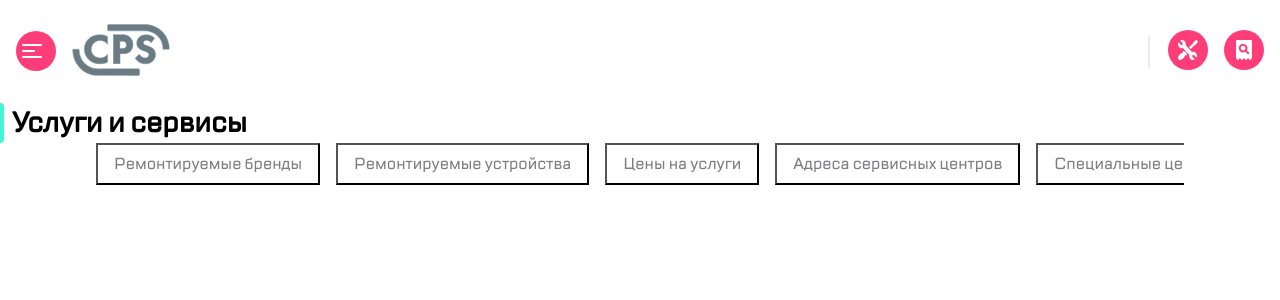
Repository: sem1103/bem
Page: index.html
An editor plug-in stored every save of this project. The page is shown before and after a run of saves, followed by the edit.
The browser window is 1280 px wide. The pictures show the whole page.

Above is the page before, as saved 2023-12-27 11:12:43.

### index.html
<!DOCTYPE html>
<html lang="en">
<head>
    <meta charset="UTF-8">
    <meta name="viewport" content="width=device-width, initial-scale=1.0">
    <title>CPS</title>
    <link rel="stylesheet" href="styles/reset.css">
    <link rel="stylesheet" href="styles/main.css">
</head>
<body>
    <div id="page" >
        <header>
            <nav>
                <div class="burger">
                    <button class="burger__btn ">
                        <span></span>
                        <span></span>
                        <span></span>
                    </button>
                </div>

                <div class="burger-menu">

                    <ul class="burger-menu__list">
                        <li><a href="">Главная</a></li>
                        <li><a href="">Услуги и сервисы</a></li>
                        <li><a href="">Контакты</a></li>
                        <li><a href="">
                            <svg xmlns="http://www.w3.org/2000/svg" width="40" height="40" viewBox="0 0 40 40" fill="none">
                                <rect width="40" height="40" rx="20" fill="#FF3E79"/>
                                <path fill-rule="evenodd" clip-rule="evenodd" d="M12.7602 23.25L15.3002 22.96C15.9102 22.89 16.5102 23.1 16.9402 23.53L18.7802 25.37C21.6102 23.93 23.9302 21.62 25.3702 18.78L23.5202 16.93C23.0902 16.5 22.8802 15.9 22.9502 15.29L23.2402 12.77C23.3602 11.76 24.2102 11 25.2302 11H26.9602C28.0902 11 29.0302 11.94 28.9602 13.07C28.4302 21.61 21.6002 28.43 13.0702 28.96C11.9402 29.03 11.0002 28.09 11.0002 26.96V25.23C10.9902 24.22 11.7502 23.37 12.7602 23.25Z" fill="white"/>
                              </svg>
                        </a></li>
                        <li><a href="">
                            <svg xmlns="http://www.w3.org/2000/svg" width="40" height="40" viewBox="0 0 40 40" fill="none">
                                <rect width="40" height="40" rx="20" fill="#FF3E79"/>
                                <path fill-rule="evenodd" clip-rule="evenodd" d="M28 11H12C10.9 11 10.01 11.9 10.01 13L10 31L14 26H28C29.1 26 30 25.1 30 24V13C30 11.9 29.1 11 28 11ZM21 22H15C14.45 22 14 21.55 14 21C14 20.45 14.45 20 15 20H21C21.55 20 22 20.45 22 21C22 21.55 21.55 22 21 22ZM25 17H15C14.45 17 14 16.55 14 16C14 15.45 14.45 15 15 15H25C25.55 15 26 15.45 26 16C26 16.55 25.55 17 25 17Z" fill="white"/>
                                <mask id="mask0_0_1880" style="mask-type:luminance" maskUnits="userSpaceOnUse" x="10" y="11" width="20" height="20">
                                  <path fill-rule="evenodd" clip-rule="evenodd" d="M28 11H12C10.9 11 10.01 11.9 10.01 13L10 31L14 26H28C29.1 26 30 25.1 30 24V13C30 11.9 29.1 11 28 11ZM21 22H15C14.45 22 14 21.55 14 21C14 20.45 14.45 20 15 20H21C21.55 20 22 20.45 22 21C22 21.55 21.55 22 21 22ZM25 17H15C14.45 17 14 16.55 14 16C14 15.45 14.45 15 15 15H25C25.55 15 26 15.45 26 16C26 16.55 25.55 17 25 17Z" fill="white"/>
                                </mask>
                                <g mask="url(#mask0_0_1880)">
                                </g>
                              </svg>
                        </a></li>
                        <li><a href="">
                            <svg xmlns="http://www.w3.org/2000/svg" width="40" height="40" viewBox="0 0 40 40" fill="none">
                                <rect width="40" height="40" rx="20" fill="#FF3E79"/>
                                <path d="M20.5 19C22.9853 19 25 16.9853 25 14.5C25 12.0147 22.9853 10 20.5 10C18.0147 10 16 12.0147 16 14.5C16 16.9853 18.0147 19 20.5 19Z" fill="white"/>
                                <path d="M10.0166 26.6118C9.88693 27.3412 10.5352 28 11.339 28H28.6604C29.4902 28 30.1125 27.3412 29.9829 26.6118C29.2309 22.4 25.0561 20 19.9997 20C14.9433 20 10.7686 22.4 10.0166 26.6118Z" fill="white"/>
                              </svg>
                        </a></li>
                    </ul>
                </div>

                <div class="logo">
                    <svg class="logo__item" xmlns="http://www.w3.org/2000/svg" width="98" height="52" viewBox="0 0 98 52" fill="none">
                        <path fill-rule="evenodd" clip-rule="evenodd" d="M36.5703 0.592529C36.018 0.592529 35.5703 1.04024 35.5703 1.59253V5.86748C35.5703 6.41977 36.018 6.86748 36.5703 6.86748H72.8973C83.0242 6.86748 90.9777 14.6641 90.9777 24.757C90.9777 25.0425 91.2092 25.274 91.4948 25.274H96.757C97.0425 25.274 97.274 25.0425 97.274 24.757C97.274 11.2677 86.432 0.592529 72.8973 0.592529H36.5703Z" fill="#6B7B84" stroke="#80949F" stroke-width="0.5"/>
                        <path fill-rule="evenodd" clip-rule="evenodd" d="M7.10682 25.7122C7.10682 25.4702 6.91059 25.2739 6.66853 25.2739H1.16436C0.922303 25.2739 0.726074 25.4702 0.726074 25.7122C0.726074 39.3616 10.9493 50.6311 24.1687 51.3686L66.5104 51.4064C67.063 51.4069 67.5113 50.959 67.5113 50.4064V45.8267C67.5113 45.2745 67.0635 44.8267 66.5113 44.8267H25.6265C15.3903 44.7984 7.10682 36.283 7.10682 25.7122Z" fill="#6B7B84" stroke="#80949F" stroke-width="0.5"/>
                        <path fill-rule="evenodd" clip-rule="evenodd" d="M28.1415 39.7924C30.8803 39.7924 33.1616 39.2603 35.4149 38.1655L35.5704 38.0199V30.1855L34.7273 31.2649C33.1049 33.0378 30.9259 34.0137 28.4608 34.0137C23.8692 34.0137 19.2575 31.0459 19.2575 25.3738C19.2575 21.0874 22.4381 16.532 28.2993 16.532C29.4688 16.532 32.313 16.8085 34.7232 19.368L35.5704 20.4117V12.6127L35.4218 12.4653C33.1258 11.3147 30.7843 10.7554 28.1137 10.7554C23.5467 10.7554 19.9821 11.9577 17.1438 14.4289C15.3435 15.9777 12.3408 19.4485 12.3408 25.2923C12.3408 29.6131 13.8793 32.9875 17.1669 35.9144C20.2252 38.5962 23.6163 39.7924 28.1415 39.7924Z" fill="#6B7B84"/>
                        <path d="M28.1415 39.7924C30.8803 39.7924 33.1616 39.2603 35.4149 38.1655L35.5704 38.0199V30.1855L34.7273 31.2649C33.1049 33.0378 30.9259 34.0137 28.4608 34.0137C23.8692 34.0137 19.2575 31.0459 19.2575 25.3738C19.2575 21.0874 22.4381 16.532 28.2993 16.532C29.4688 16.532 32.313 16.8085 34.7232 19.368L35.5704 20.4117V12.6127L35.4218 12.4653C33.1258 11.3147 30.7843 10.7554 28.1137 10.7554C23.5467 10.7554 19.9821 11.9577 17.1438 14.4289C15.3435 15.9777 12.3408 19.4485 12.3408 25.2923C12.3408 29.6131 13.8793 32.9875 17.1669 35.9144C20.2252 38.5962 23.6163 39.7924 28.1415 39.7924" stroke="#80949F" stroke-width="0.5"/>
                        <path fill-rule="evenodd" clip-rule="evenodd" d="M47.9111 17.2888H49.2755C50.5269 17.2888 51.9533 17.3571 53.0328 18.093C53.56 18.4695 54.4445 19.3412 54.4445 20.9246C54.4445 22.0946 53.9274 23.1437 53.0734 23.7984C51.9783 24.5932 50.6768 24.5476 49.6309 24.5476H47.9111V17.2888ZM50.977 29.8179C54.2084 29.8179 56.7377 28.8858 58.4943 27.1298C60.655 24.9735 60.9779 22.0073 60.9779 20.4435C60.9779 18.7703 60.5813 15.5066 57.9212 13.1435C55.7407 11.2328 53.4142 10.7554 50.1324 10.7554H41.3779V39.7924H48.0365V29.8179H50.977Z" fill="#6B7B84"/>
                        <path d="M47.9111 17.2888V17.0388H47.6611V17.2888H47.9111ZM53.0328 18.093L53.1782 17.8895L53.1736 17.8864L53.0328 18.093ZM53.0734 23.7984L53.2203 24.0007L53.2254 23.9968L53.0734 23.7984ZM47.9111 24.5476H47.6611V24.7976H47.9111V24.5476ZM58.4943 27.1298L58.3177 26.9529L58.3175 26.953L58.4943 27.1298ZM57.9212 13.1435L58.0872 12.9566L58.086 12.9555L57.9212 13.1435ZM41.3779 10.7554V10.5054H41.1279V10.7554H41.3779ZM41.3779 39.7924H41.1279V40.0424H41.3779V39.7924ZM48.0365 39.7924V40.0424H48.2865V39.7924H48.0365ZM48.0365 29.8179V29.5679H47.7865V29.8179H48.0365ZM47.9111 17.5388H49.2755V17.0388H47.9111V17.5388ZM49.2755 17.5388C50.5326 17.5388 51.8839 17.6123 52.892 18.2995L53.1736 17.8864C52.0227 17.1019 50.5212 17.0388 49.2755 17.0388V17.5388ZM52.8875 18.2964C53.3751 18.6447 54.1945 19.4495 54.1945 20.9246H54.6945C54.6945 19.233 53.7448 18.2943 53.1782 17.8895L52.8875 18.2964ZM54.1945 20.9246C54.1945 22.0205 53.7107 22.9948 52.9213 23.5999L53.2254 23.9968C54.1441 23.2926 54.6945 22.1687 54.6945 20.9246H54.1945ZM52.9265 23.596C51.9091 24.3345 50.6971 24.2976 49.6309 24.2976V24.7976C50.6564 24.7976 52.0475 24.8519 53.2202 24.0007L52.9265 23.596ZM49.6309 24.2976H47.9111V24.7976H49.6309V24.2976ZM48.1611 24.5476V17.2888H47.6611V24.5476H48.1611ZM50.977 30.0679C54.2568 30.0679 56.8563 29.1207 58.671 27.3066L58.3175 26.953C56.6191 28.6509 54.1599 29.5679 50.977 29.5679V30.0679ZM58.6709 27.3068C60.9029 25.0793 61.2279 22.0287 61.2279 20.4435H60.7279C60.7279 21.9859 60.407 24.8678 58.3177 26.9529L58.6709 27.3068ZM61.2279 20.4435C61.2279 18.7422 60.8263 15.3898 58.0872 12.9566L57.7552 13.3304C60.3363 15.6233 60.7279 18.7983 60.7279 20.4435H61.2279ZM58.086 12.9555C55.84 10.9874 53.4417 10.5054 50.1324 10.5054V11.0054C53.3867 11.0054 55.6415 11.4782 57.7564 13.3315L58.086 12.9555ZM50.1324 10.5054H41.3779V11.0054H50.1324V10.5054ZM41.1279 10.7554V39.7924H41.6279V10.7554H41.1279ZM41.3779 40.0424H48.0365V39.5424H41.3779V40.0424ZM48.2865 39.7924V29.8179H47.7865V39.7924H48.2865ZM48.0365 30.0679H50.977V29.5679H48.0365V30.0679Z" fill="#80949F"/>
                        <path fill-rule="evenodd" clip-rule="evenodd" d="M80.953 24.4687C79.5053 23.1861 77.4846 22.4425 75.1911 21.6713C73.5569 21.1027 72.6565 20.7894 72.0562 20.2421C71.5824 19.8399 71.3712 19.4033 71.3712 18.8262C71.3712 17.5622 72.2301 16.2113 74.6414 16.2113C76.2801 16.2113 77.6521 16.912 78.7197 18.293L79.1435 18.8414L82.6597 14.3656L82.3392 14.0445C80.1886 11.8924 77.3548 10.7554 74.1439 10.7554C67.6657 10.7554 64.7658 14.9699 64.7658 19.1468C64.7658 21.3882 65.5651 23.196 67.1367 24.5175C68.5437 25.7234 70.2595 26.3991 71.9054 26.9507L72.0914 27.0123C73.553 27.4954 75.0646 27.9954 75.9674 28.8034C76.5955 29.3805 76.8754 30.0076 76.8754 30.8367C76.8754 32.7368 75.379 34.0137 73.152 34.0137C71.3916 34.0137 69.0735 33.1508 67.8471 30.7296L67.5263 30.0953L63.1558 34.1411L63.4135 34.5056C64.8079 36.4801 67.9545 39.7924 73.3594 39.7924C79.3191 39.7924 83.4817 35.9608 83.4817 30.4751C83.4817 27.3374 82.1051 25.4752 80.953 24.4687Z" fill="#6B7B84"/>
                        <path d="M80.953 24.4687C79.5053 23.1861 77.4846 22.4425 75.1911 21.6713C73.5569 21.1027 72.6565 20.7894 72.0562 20.2421C71.5824 19.8399 71.3712 19.4033 71.3712 18.8262C71.3712 17.5622 72.2301 16.2113 74.6414 16.2113C76.2801 16.2113 77.6521 16.912 78.7197 18.293L79.1435 18.8414L82.6597 14.3656L82.3392 14.0445C80.1886 11.8924 77.3548 10.7554 74.1439 10.7554C67.6657 10.7554 64.7658 14.9699 64.7658 19.1468C64.7658 21.3882 65.5651 23.196 67.1367 24.5175C68.5437 25.7234 70.2595 26.3991 71.9054 26.9507L72.0914 27.0123C73.553 27.4954 75.0646 27.9954 75.9674 28.8034C76.5955 29.3805 76.8754 30.0076 76.8754 30.8367C76.8754 32.7368 75.379 34.0137 73.152 34.0137C71.3916 34.0137 69.0735 33.1508 67.8471 30.7296L67.5263 30.0953L63.1558 34.1411L63.4135 34.5056C64.8079 36.4801 67.9545 39.7924 73.3594 39.7924C79.3191 39.7924 83.4817 35.9608 83.4817 30.4751C83.4817 27.3374 82.1051 25.4752 80.953 24.4687" stroke="#80949F" stroke-width="0.5"/>
                      </svg>
                </div>

                <div class="right-nav">
                    <ul class="right-nav__list">
                        <li><a href="">
                            <svg xmlns="http://www.w3.org/2000/svg" width="40" height="40" viewBox="0 0 40 40" fill="none">
                                <rect width="40" height="40" rx="20" fill="#FF3E79"/>
                                <path d="M18.2581 23.4583L18.6668 23.0494L16.95 21.3322L16.5412 21.7411L16.3368 21.5367C16.0098 21.1687 15.6828 20.9643 15.3558 21.0052C15.1105 21.0052 14.9061 21.1687 14.7426 21.414C14.4973 21.8229 14.62 22.2726 14.6608 22.5588C14.6608 22.6406 14.7017 22.6815 14.7017 22.7632C14.7017 22.8859 14.7017 23.0494 14.4156 23.0903C14.0068 23.213 13.4754 23.3356 12.944 23.6218C12.2082 24.0307 11.7176 24.3987 11.4315 24.7666C9.91902 26.7291 10.0008 28.4055 10.0008 28.4872C10.0008 28.6099 10.0417 28.6917 10.1234 28.7325L11.2271 29.8773C11.3089 29.9591 11.3906 30 11.4724 30C11.4724 30 11.5133 30 11.595 30C12.0038 30 13.4754 29.9182 15.1922 28.569C15.5601 28.2828 15.928 27.7922 16.3368 27.0562C16.623 26.5656 16.7865 26.0341 16.8682 25.5844C16.95 25.2982 17.0726 25.2982 17.1953 25.2982C17.2361 25.2982 17.3179 25.339 17.3996 25.339C17.5631 25.3799 17.7267 25.4208 17.931 25.4208C18.1354 25.4208 18.3398 25.3799 18.5442 25.2573C18.7895 25.0937 18.953 24.8893 18.9939 24.644C19.0347 24.3169 18.8712 23.9898 18.5033 23.7036L18.2581 23.4583Z" fill="white"/>
                                <path d="M26.884 14.8784L28.0188 14.326C28.0609 14.2835 28.1449 14.241 28.1869 14.1986L29.9101 11.8616C30.0362 11.6916 30.0362 11.4367 29.8681 11.3092L28.6913 10.1195C28.5652 9.99199 28.313 9.9495 28.1449 10.077L25.8333 11.8191C25.7913 11.8616 25.7493 11.9041 25.7072 11.989L25.1609 13.1363L21 17.2154L22.7652 19L26.884 14.8784Z" fill="white"/>
                                <path d="M27.8527 23.0448C26.8636 22.0036 25.4393 21.6288 24.0941 22.0036L17.6453 15.1733C17.7244 14.7985 17.764 14.4653 17.764 14.0905C17.764 13.0493 17.3683 12.0081 16.6166 11.2167C15.588 10.0923 14.045 9.71742 12.6207 10.2172C12.5416 10.2588 12.4229 10.3838 12.3833 10.5504C12.3833 10.6753 12.4229 10.8003 12.502 10.9252L14.4406 12.966C14.8758 13.4241 14.8758 14.2154 14.4406 14.6735C14.0054 15.1317 13.2537 15.1317 12.8185 14.6735L10.8799 12.6328C10.7612 12.5495 10.6425 12.5078 10.4843 12.5495C10.3656 12.5495 10.2469 12.6744 10.2073 12.7994C9.73256 14.2571 10.0886 15.8813 11.1173 16.9642C11.8294 17.7555 12.8581 18.172 13.8867 18.172C14.2032 18.172 14.5593 18.1303 14.8758 18.047L21.3642 24.8773C21.0082 26.2933 21.4038 27.7927 22.3533 28.8339C23.105 29.6252 24.0546 30 25.0832 30C25.5184 30 25.914 29.9167 26.3492 29.7918C26.4679 29.7501 26.5866 29.6252 26.6262 29.5002C26.6658 29.3753 26.6262 29.2087 26.5075 29.1254L24.5689 27.0846C24.3711 26.8764 24.2128 26.5432 24.2128 26.21C24.2128 25.8768 24.3315 25.5853 24.5689 25.3354C24.8063 25.0855 25.0832 24.9606 25.3997 24.9606C25.7162 24.9606 25.9932 25.0855 26.2306 25.3354L28.1692 27.3762C28.2879 27.4595 28.4065 27.5011 28.5252 27.5011C28.6439 27.4595 28.7626 27.3762 28.8022 27.2512C28.9209 26.8348 29 26.3766 29 25.9185C29 24.8356 28.6044 23.7944 27.8527 23.0448Z" fill="white"/>
                              </svg>
                        </a></li>

                        <li><a href="">
                            <svg xmlns="http://www.w3.org/2000/svg" width="40" height="40" viewBox="0 0 40 40" fill="none">
                                <rect width="40" height="40" rx="20" fill="#FF3E79"/>
                                <path fill-rule="evenodd" clip-rule="evenodd" d="M12 11C12 10.4477 12.4477 10 13 10H27C27.5523 10 28 10.4477 28 11V28.5C27.1716 28.5 26.5 29.1715 26.5 29.9999H25.5C25.5 29.1715 24.8284 28.5 24 28.5C23.1716 28.5 22.5 29.1715 22.5 29.9999H21.5C21.5 29.1715 20.8284 28.5 20 28.5C19.1716 28.5 18.5 29.1715 18.5 29.9999H17.5C17.5 29.1715 16.8284 28.5 16 28.5C15.1716 28.5 14.5 29.1715 14.5 29.9999H13.5C13.5 29.1715 12.8284 28.5 12 28.5V11ZM21.4163 21.7884C20.5536 22.3443 19.4703 22.5936 18.3296 22.3827C16.5274 22.0472 15.0895 20.5326 14.8595 18.7114C14.4952 15.8261 16.9492 13.4201 19.8538 13.8802C21.656 14.1677 23.1034 15.6439 23.4006 17.4365C23.5828 18.5484 23.3239 19.5741 22.7871 20.4272L24.896 22.5265C25.2699 22.9003 25.2699 23.5138 24.896 23.8876C24.5126 24.2711 23.8991 24.2711 23.5252 23.8972L21.4163 21.7884ZM16.7058 18.0588C16.7058 16.7599 17.7599 15.7058 19.0588 15.7058C20.3576 15.7058 21.4117 16.7599 21.4117 18.0588C21.4117 19.3576 20.3576 20.4117 19.0588 20.4117C17.7599 20.4117 16.7058 19.3576 16.7058 18.0588Z" fill="white"/>
                              </svg>
                        </a></li>
                    </ul>
                </div>
            </nav>
        </header>

        <main >
            <div class="title">
                <h1>
                    Услуги и сервисы
                </h1>
                <ul class="title__nav">
                    <li><a href=""></a></li>
                    <li><a href=""></a></li>
                </ul>
            </div>

            <div class="navigation container">
                <ul class="navigation__list">
                    <li><button>Ремонтируемые бренды</button></li>
                    <li><button>Ремонтируемые устройства</button></li>
                    <li><button>Цены на услуги</button></li>
                    <li><button>Адреса сервисных центров</button></li>
                    <li><button>Специальные цены</button></li>
                </ul>
            </div>
        </main>

        <footer></footer>
    </div>
</body>
</html>

### styles/reset.css
:root{
    --green: #57aa32;
    --gray: #2e2d2c;
}
html{
    scroll-behavior: smooth;
}
html,
body,
div,
span,
applet,
object,
iframe,
h1,
h2,
h3,
h4,
h5,
h6,
p,
blockquote,
pre,
a,
abbr,
acronym,
address,
big,
cite,
code,
del,
dfn,
em,
img,
ins,
kbd,
q,
s,
samp,
small,
strike,
strong,
sub,
sup,
tt,
var,
b,
u,
i,
center,
dl,
dt,
dd,
ol,
ul,
li,
fieldset,
form,
label,
legend,
table,
caption,
tbody,
tfoot,
thead,
tr,
th,
td,
article,
aside,
canvas,
details,
embed,
figure,
figcaption,
footer,
header,
hgroup,
menu,
nav,
output,
ruby,
section,
summary,
time,
mark,
audio,
video {
    margin: 0;
    padding: 0;
    border: 0;
    font-size: 100%;
    font: inherit;
    vertical-align: baseline
}

article,
aside,
details,
figcaption,
figure,
footer,
header,
hgroup,
menu,
nav,
section {
    display: block
}

body {
    line-height: 1;
}

ol,
ul {
    list-style: none
}

blockquote,
q {
    quotes: none
}

blockquote:before,
blockquote:after,
q:before,
q:after {
    content: '';
    content: none
}

table {
    border-collapse: collapse;
    border-spacing: 0
}

a {
    text-decoration: none;
    color: #365edc;
    transition: all .3s ease-in-out
}

a:hover {
    color: #365edc;
}

* {
    box-sizing: border-box
}

main img{
    width: 100%;
    height: auto;
}

### styles/main.css
:root{
    --pink: #FF3E79;
}
@font-face {
    font-family: 'TT Lakes Medium';
    src: url('../fonts/TTLakes-Medium.eot');
    src: url('../fonts/TTLakes-Medium.eot?#iefix') format('embedded-opentype'),
    url('../fonts/TTLakes-Medium.woff') format('woff'),
    url('../fonts/TTLakes-Medium.ttf') format('truetype');
    font-weight: normal;
    font-style: normal;
    }
h1{
    font:700 28px/40px 'TT Lakes Medium';
    position: relative;
    padding: 0 0 0 12px;
}
h1::before{
    content: '';
    position: absolute;
    width: 4px;
    height: 100%;
    left: 0;
    background: #41F6D7;
    border-radius: 0 5px 5px 0;
}
.container{
    max-width: 1120px;
    margin: 0 auto;
    padding: 0 16px;
}
header{
    position: relative;
    padding: 24px 16px;
}
nav{
    display: flex;
    align-items: center;
}
nav > div:last-child{
    margin: 0 0 0 auto;
}
.burger-menu{
    position: absolute;
    left: -300%;
}
.burger__btn{
    width: 40px;
    height: 40px;
    background: var(--pink);
    border: 0;
    border-radius: 50%;
    position: relative;
    cursor: pointer;
    margin: 0 16px 0 0;
}
.burger__btn span{
    display: block;
    width: 20px;
    height: 2px;
    background: #fff;
    border-radius: 5px;
    position: absolute;
    top: 50%;
    transform: translate(0, -50%);
}
.burger__btn span:first-child{
    top: 35%;
}
.burger__btn span:nth-child(2){
    width: 13px;
}
.burger__btn span:last-child{
    top: 65%;
}

.right-nav__list{
    display: flex;
    gap: 16px;
    position: relative;
}
.logo__item{
    position: relative;
}
.right-nav__list::before{
    content: "";
    position: absolute;
    left: -20px;
    height: 32px;
    top: 50%;
    transform: translateY(-50%);
    width: 2px;
    border-radius: 1px;
    background-color: #EAEAEA;
}

.navigation__list{
    display: flex;
    overflow: auto;
    gap: 16px;
}
.navigation__list button{
    color: #7E7E82;
    font: 500 16px 'TT Lakes Medium';
    background-color: #fff;
    padding: 8px 16px;
    white-space: nowrap;
}

After the next 2 saves:
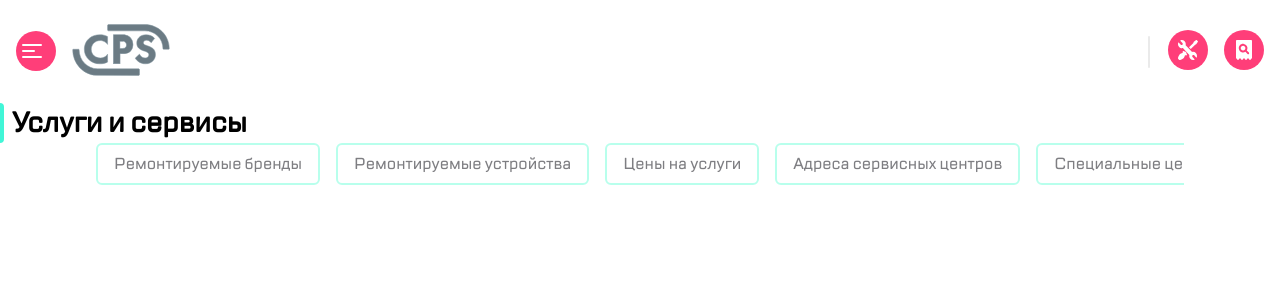
The 2 saves are shown as one change because they came seconds apart.
The last was saved 19 s later.
--- a/styles/main.css
+++ b/styles/main.css
@@ -105,4 +105,6 @@
     background-color: #fff;
     padding: 8px 16px;
     white-space: nowrap;
+    border: 2px solid #B8FFEC;
+    border-radius: 6px;
 }
